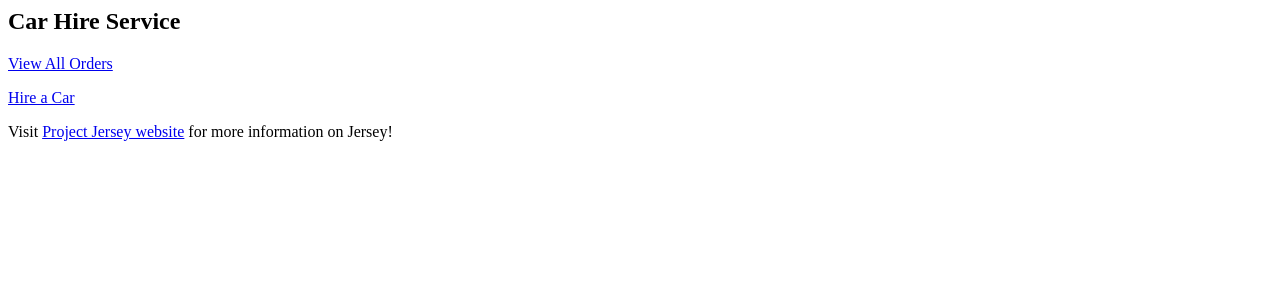
Repository: BrianD147/4th-Year-Project-Distributed-Systems
Page: http://localhost/REST/
The author's editor kept a copy of each file at every save. The page is drawn from the files as they stood at one save, then again after the next save.
The browser window is 1280 px wide. The pictures show the whole page.
The page is served by Tomcat 9.

Above is the page before, as saved 2018-12-08 15:59:34.

After the next save:
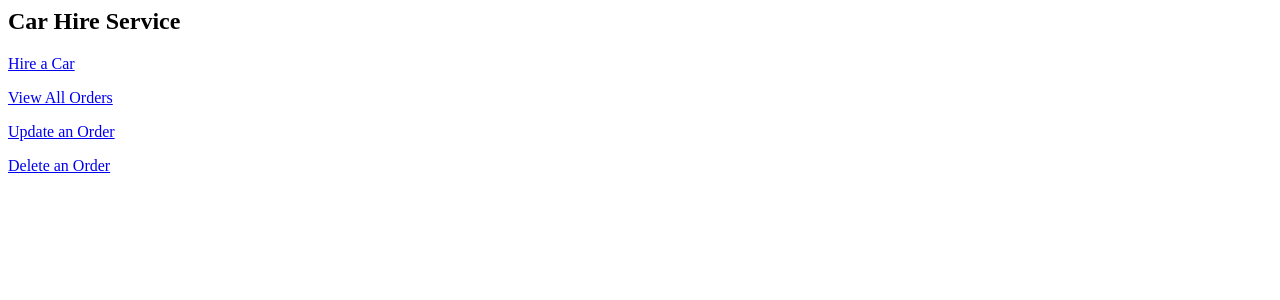
Saved 96 s later.
--- a/REST/src/main/webapp/index.jsp
+++ b/REST/src/main/webapp/index.jsp
@@ -1,9 +1,9 @@
 <html>
 <body>
     <h2>Car Hire Service</h2>
-    <p><a href="webapi/myresource">View All Orders</a>
-    <p><a href="webapi/myresouces">Hire a Car</a>
-    <p>Visit <a href="http://jersey.java.net">Project Jersey website</a>
-    for more information on Jersey!
+    <p><a href="webapi/myresouces">Hire a Car</a></p>
+    <p><a href="webapi/myresource">View All Orders</a></p>
+    <p><a href="webapi/myresouces">Update an Order</a></p>
+    <p><a href="webapi/myresouces">Delete an Order</a></p>
 </body>
 </html>
